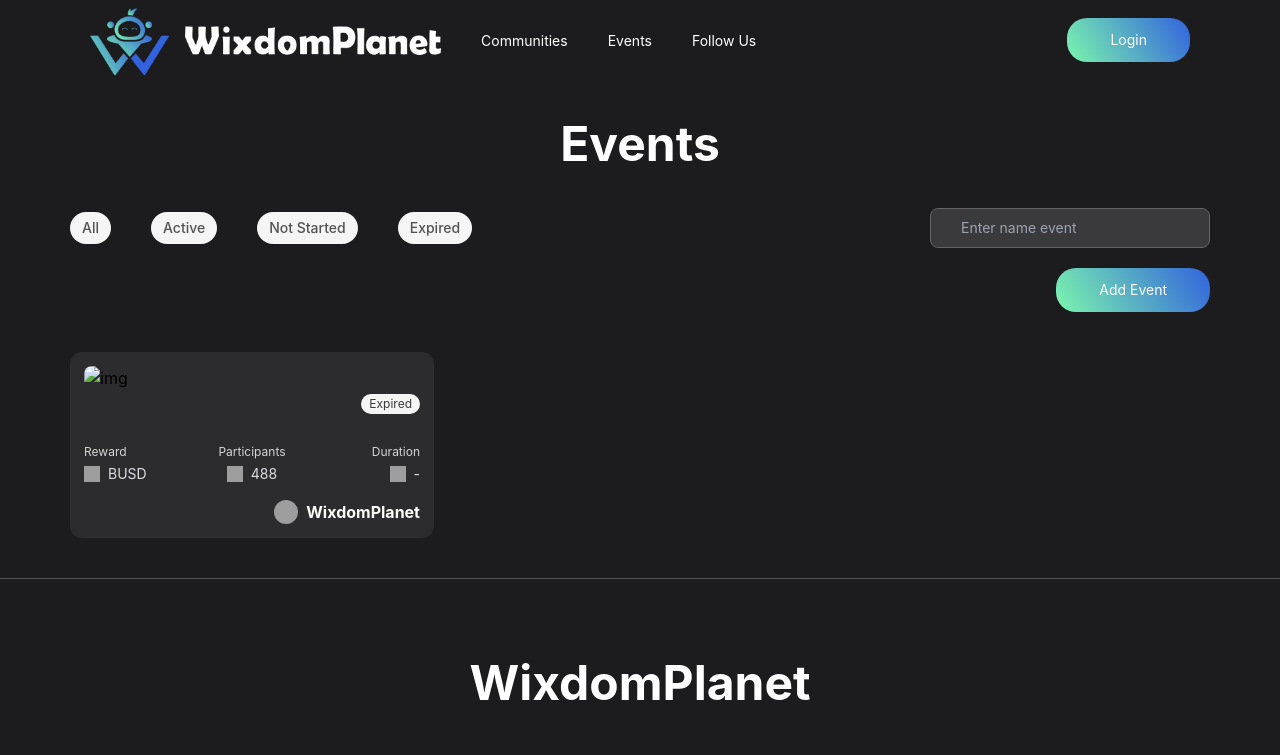
Repository: haudnn/WixdomPlanet-demo
Page: /
These files come from the project's save history. The page is drawn as it stood at one moment and after the next save; the edit follows.
The browser window is 1280 px wide. The pictures show the whole page.
Pictures or frames that could not be fetched are drawn as grey boxes. The project was rebuilt for these pictures with package versions that can differ from the ones it lists, and the page was loaded fresh each time. Also part of the build but not shown: vite.config.js, src/features/Event/page/AddEvent.jsx.

Above is the page before, as saved 2023-02-03 14:21:55.

After the next save:
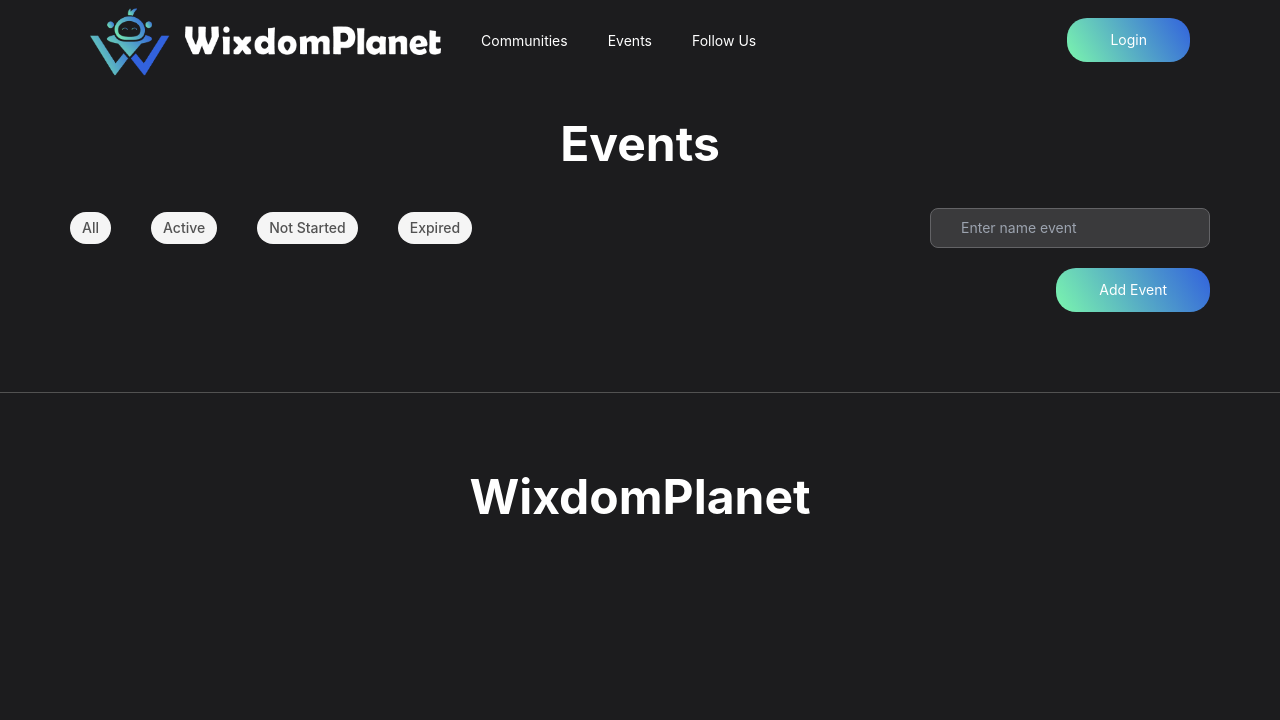
Saved 1 s later.
--- a/src/features/Event/page/Event.jsx
+++ b/src/features/Event/page/Event.jsx
@@ -1,7 +1,17 @@
 import { Link } from "react-router-dom";
 import EventItem from "../components/EventItem";
-
+import React, { useEffect, useState } from "react";
 const Event = () => {
+  const [events, setEvents] = useState([]);
+  useEffect(() => {
+    const isEnventList = JSON.parse(localStorage.getItem('eventList'));
+    if (!isEnventList) {
+        localStorage.setItem("eventList", JSON.stringify([]))
+    }
+    else{
+        setEvents(isEnventList)
+    }
+  }, []);
   return (
     <div className="event">
       <div className="mb-10 flex justify-end">
@@ -16,7 +26,18 @@
       </div>
       <div className="grid">
         <div className="row">
-          <EventItem></EventItem>
+          {
+            events.map((event, i) => (
+              <EventItem
+                key={i}
+                name={event.name}
+                reward={event.reward}
+                file={event.file}
+                introduction={event.introduction}
+                during={event.during}
+              ></EventItem>
+            ))
+          }
         </div>
       </div>
     </div>
